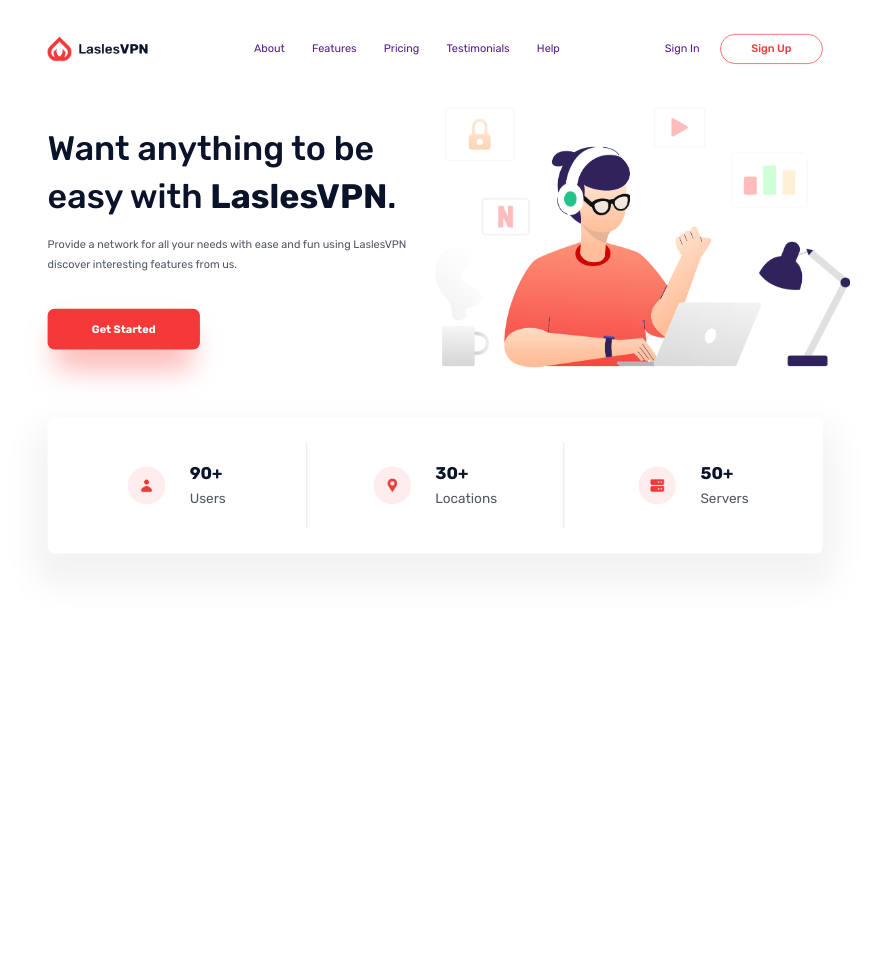
Repository: dangpham205/LaslesVPN-Landing-Page
Page: index.html
These files come from the project's save history. The page is drawn as it stood at one moment and after the next save; the edit follows.
The browser window is 1280 px wide. The pictures show the whole page, at 68% of full size.

Above is the page before, as saved 2022-07-19 21:10:52.

After the next save:
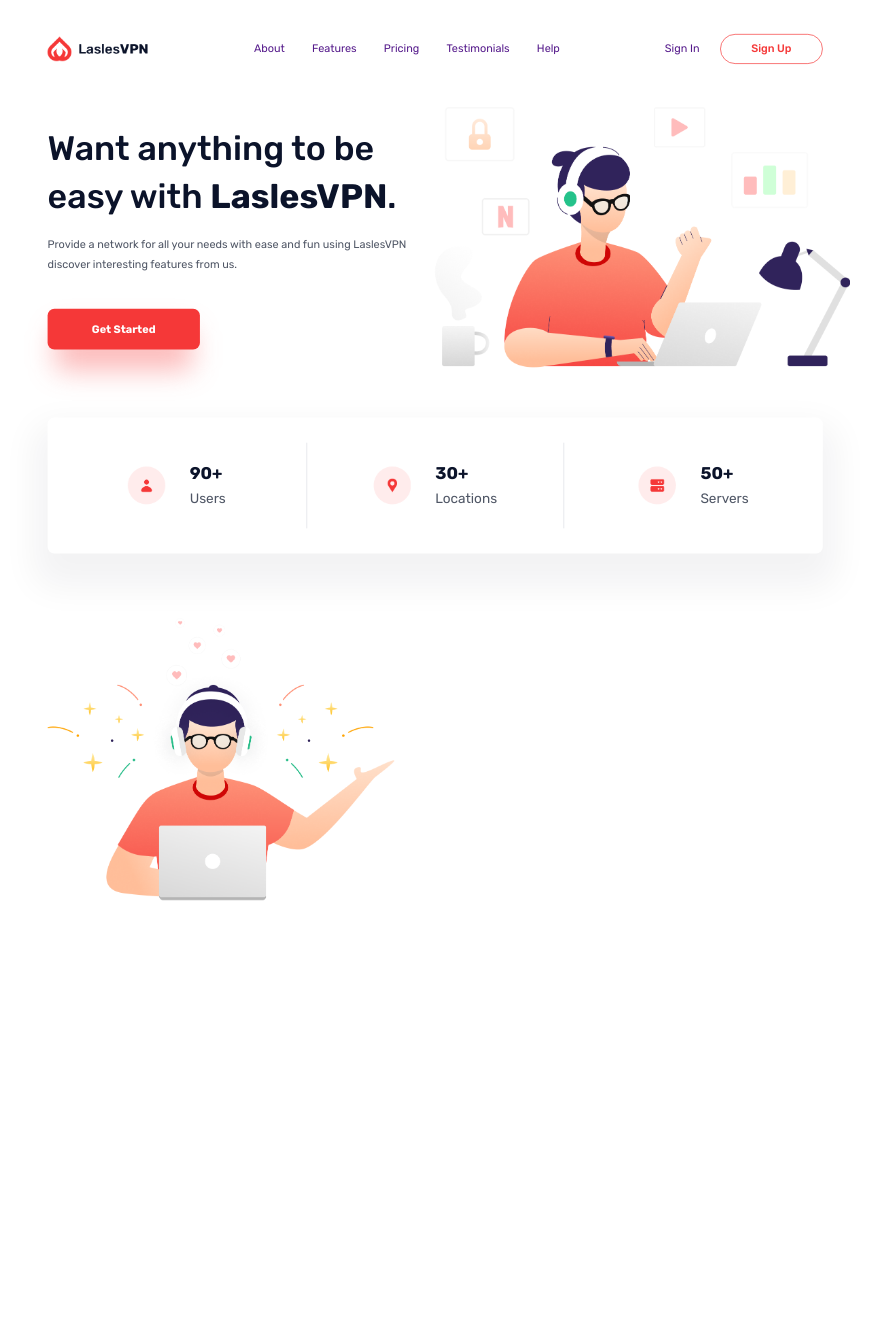
Saved 4 min 13 s later.
--- a/index.html
+++ b/index.html
@@ -99,6 +99,39 @@
                 </div>
             </section>
 
+            <section class="feature">
+                <div class="container">
+                    <div class="feature__container">
+                        <div class="feature__image">
+                            <img src="" alt="" srcset="./assets/img/feature.png 2x">
+                        </div>
+                        <div class="feature__content">
+                            <h3 class="feature__title"></h3>
+                            <p class="feature__desc"></p>
+                            <ul class="feature__list">
+                                <li class="feature__item">
+                                    <img src="" alt="" class="feature__item-icon">
+                                    <span class="feature__item-text"></span>
+                                </li>
+                                <li class="feature__item">
+                                    <img src="" alt="" class="feature__item-icon">
+                                    <span class="feature__item-text"></span>
+                                </li>
+                                <li class="feature__item">
+                                    <img src="" alt="" class="feature__item-icon">
+                                    <span class="feature__item-text"></span>
+                                </li>
+                                <li class="feature__item">
+                                    <img src="" alt="" class="feature__item-icon">
+                                    <span class="feature__item-text"></span>
+                                </li>
+                            </ul>
+                        </div>
+
+                    </div>
+                </div>
+            </section>
+
             <div class="container" style="height: 500px;"></div>
         </main>
 
